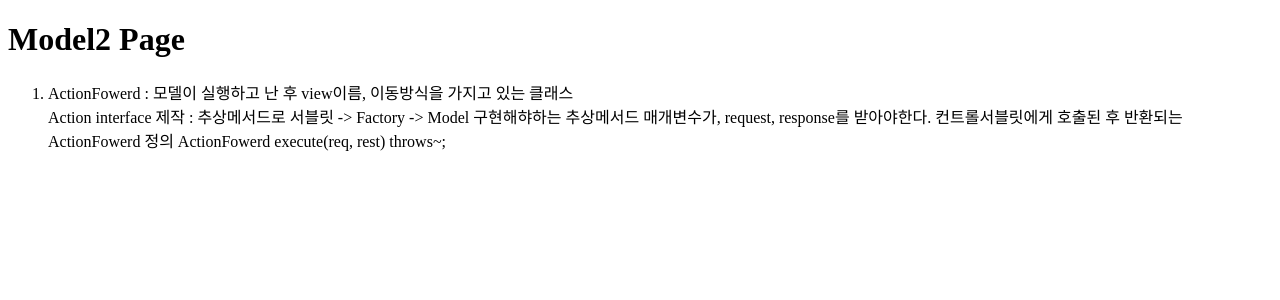
Repository: hyo-lang/java_ICT
Page: http://localhost/mvc1024/
The author's editor kept a copy of each file at every save. The page is drawn from the files as they stood at one save, then again after the next save.
The browser window is 1280 px wide. The pictures show the whole page.
The page is served by Tomcat 9. Other server files are loaded and not shown.

Above is the page before, as saved 2024-10-24 03:12:34.

### mvc1024/src/main/webapp/index.jsp
<%@ page language="java" contentType="text/html; charset=EUC-KR"
    pageEncoding="EUC-KR"%>
<!DOCTYPE html>
<html>
<head>
<meta charset="EUC-KR">
<title>Insert title here</title>
</head>
<body>
<h1>Model2 Page</h1>
<ol>
<li>ActionFowerd : 모델이 실행하고 난 후 view이름, 이동방식을 가지고 있는 클래스</li>
<il>Action interface 제작 : 추상메서드로 서블릿 -> Factory -> Model 구현해햐하는 추상메서드
매개변수가, request, response를 받아야한다. 컨트롤서블릿에게 호출된 후 반환되는 ActionFowerd 정의
ActionFowerd execute(req, rest) throws~;
</il>
</ol>
</body>
</html>

After the next save:
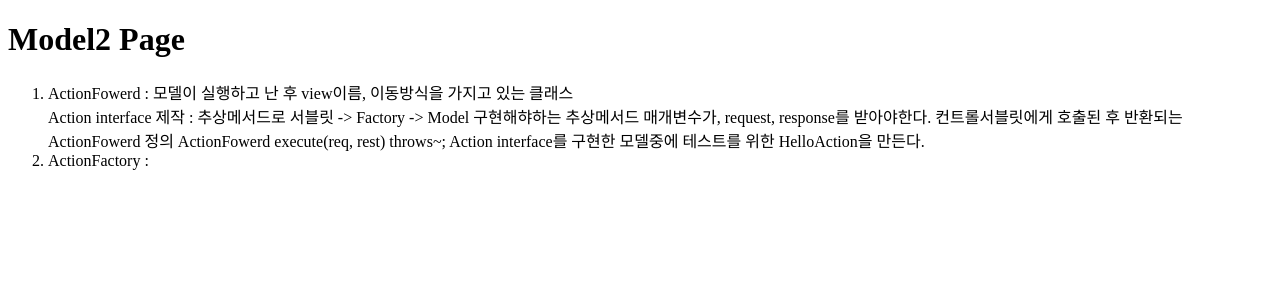
Saved 118 s later.
--- a/mvc1024/src/main/webapp/index.jsp
+++ b/mvc1024/src/main/webapp/index.jsp
@@ -12,7 +12,9 @@
 <li>ActionFowerd : 모델이 실행하고 난 후 view이름, 이동방식을 가지고 있는 클래스</li>
 <il>Action interface 제작 : 추상메서드로 서블릿 -> Factory -> Model 구현해햐하는 추상메서드
 매개변수가, request, response를 받아야한다. 컨트롤서블릿에게 호출된 후 반환되는 ActionFowerd 정의
-ActionFowerd execute(req, rest) throws~;
+ActionFowerd execute(req, rest) throws~; </li>
+<il>Action interface를 구현한 모델중에 테스트를 위한 HelloAction을 만든다.</il>
+<li>ActionFactory : </li>
 </il>
 </ol>
 </body>
